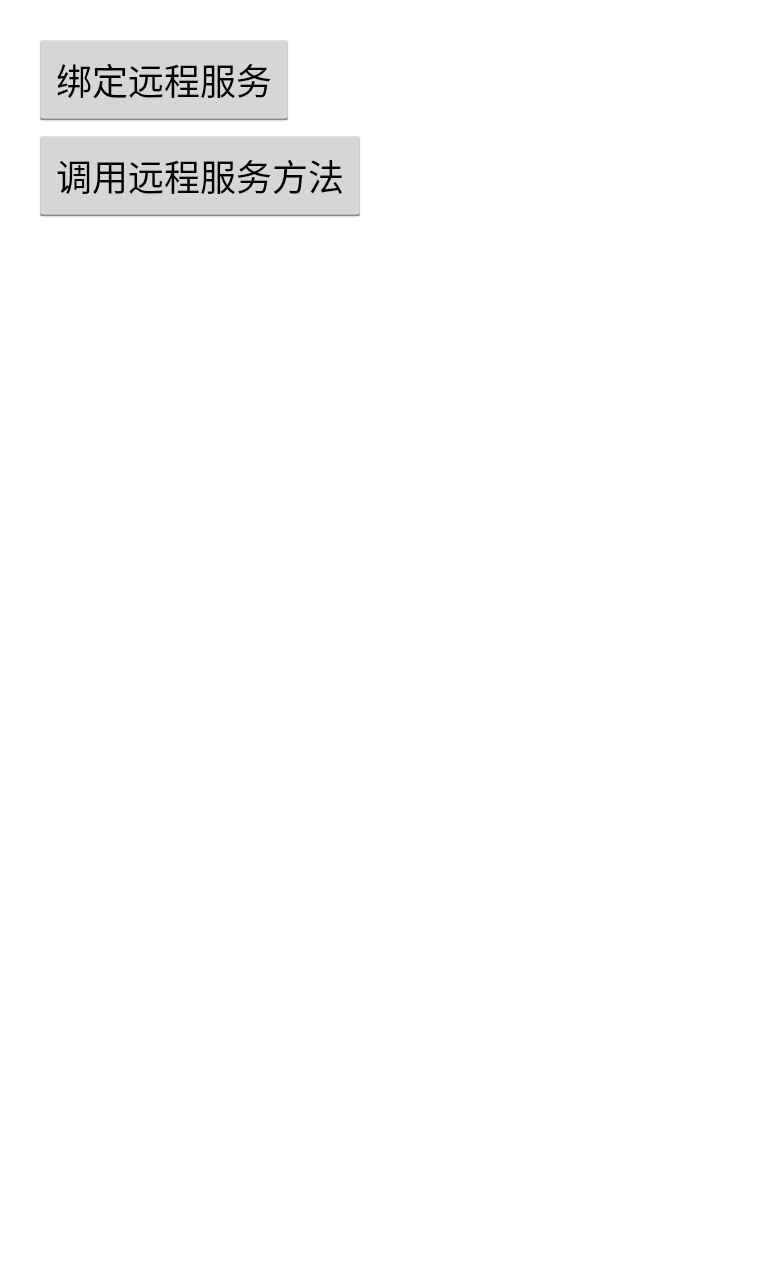
Repository: DongHuaLu/android
Layout: 32AidlClient/res/layout/activity_main.xml
An editor plug-in stored every save of this project. The layout is shown before and after a run of saves, followed by the edit.
It is drawn on a 768 x 1280 px phone screen (xhdpi) without system bars, with theme AppTheme; the app's code is not run.

Above is the layout before, as saved 2013-09-02 02:39:35.

After the next 2 saves:
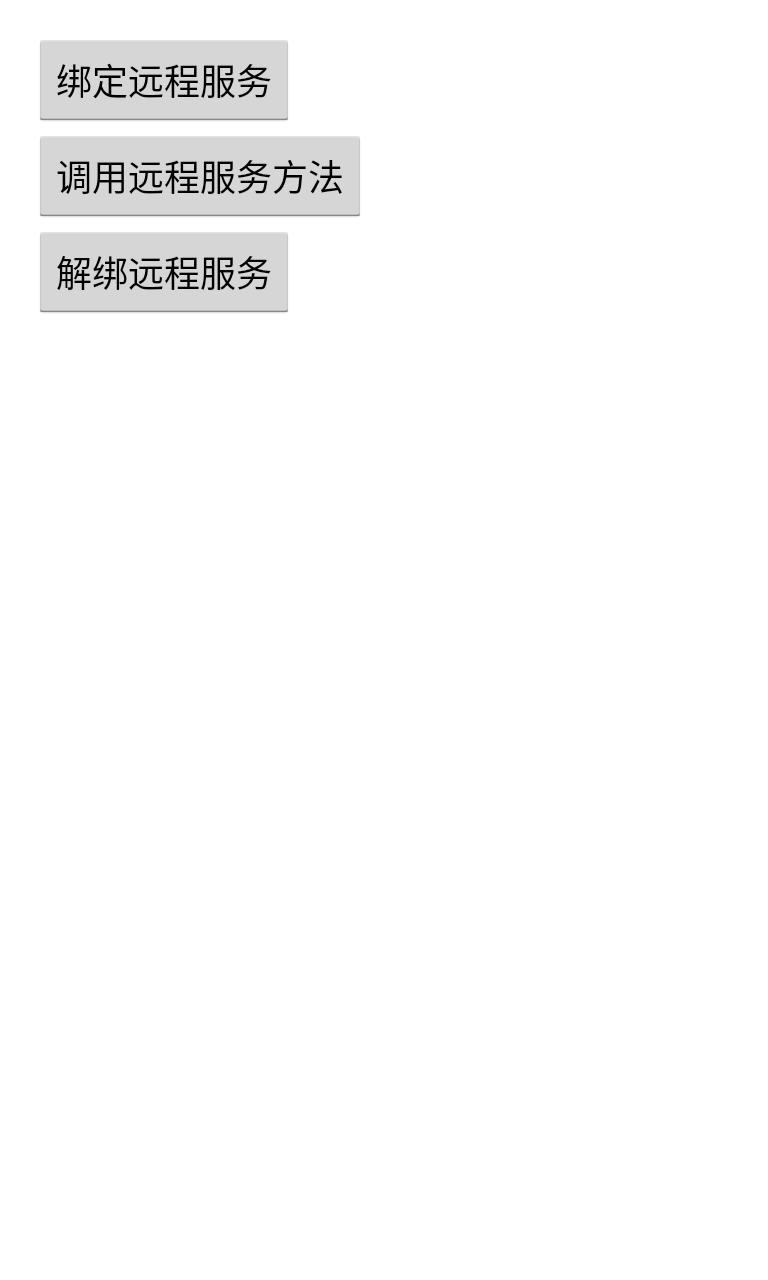
The 2 saves are shown as one change because they came seconds apart.
The last was saved 4 min 13 s later.
--- a/32AidlClient/res/layout/activity_main.xml
+++ b/32AidlClient/res/layout/activity_main.xml
@@ -21,4 +21,10 @@
         android:onClick="call"
         android:text="调用远程服务方法" />
 
+    <Button
+        android:layout_width="wrap_content"
+        android:layout_height="wrap_content"
+        android:onClick="unbind"
+        android:text="解绑远程服务" />
+
 </LinearLayout>
